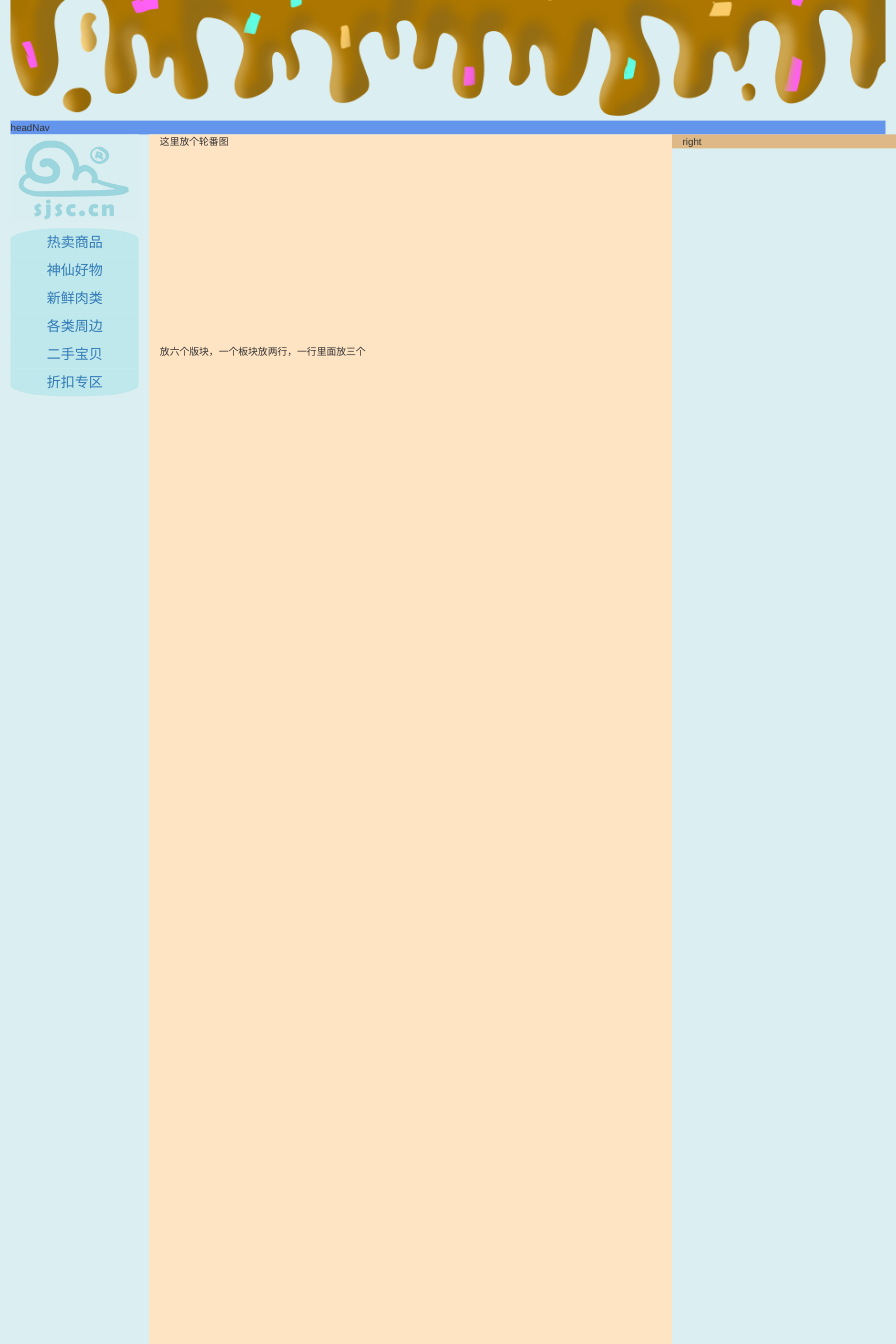
Repository: 15378517762/zxy
Page: html/index.html
An editor plug-in stored every save of this project. The page is shown before and after the next save, followed by the edit.
The browser window is 1280 px wide. The pictures show the part of the page from y = 0 to 1920 px (the page is 3292 px tall), at 70% of full size.

Above is the page before, as saved 2021-05-28 21:19:24.

After the next save:
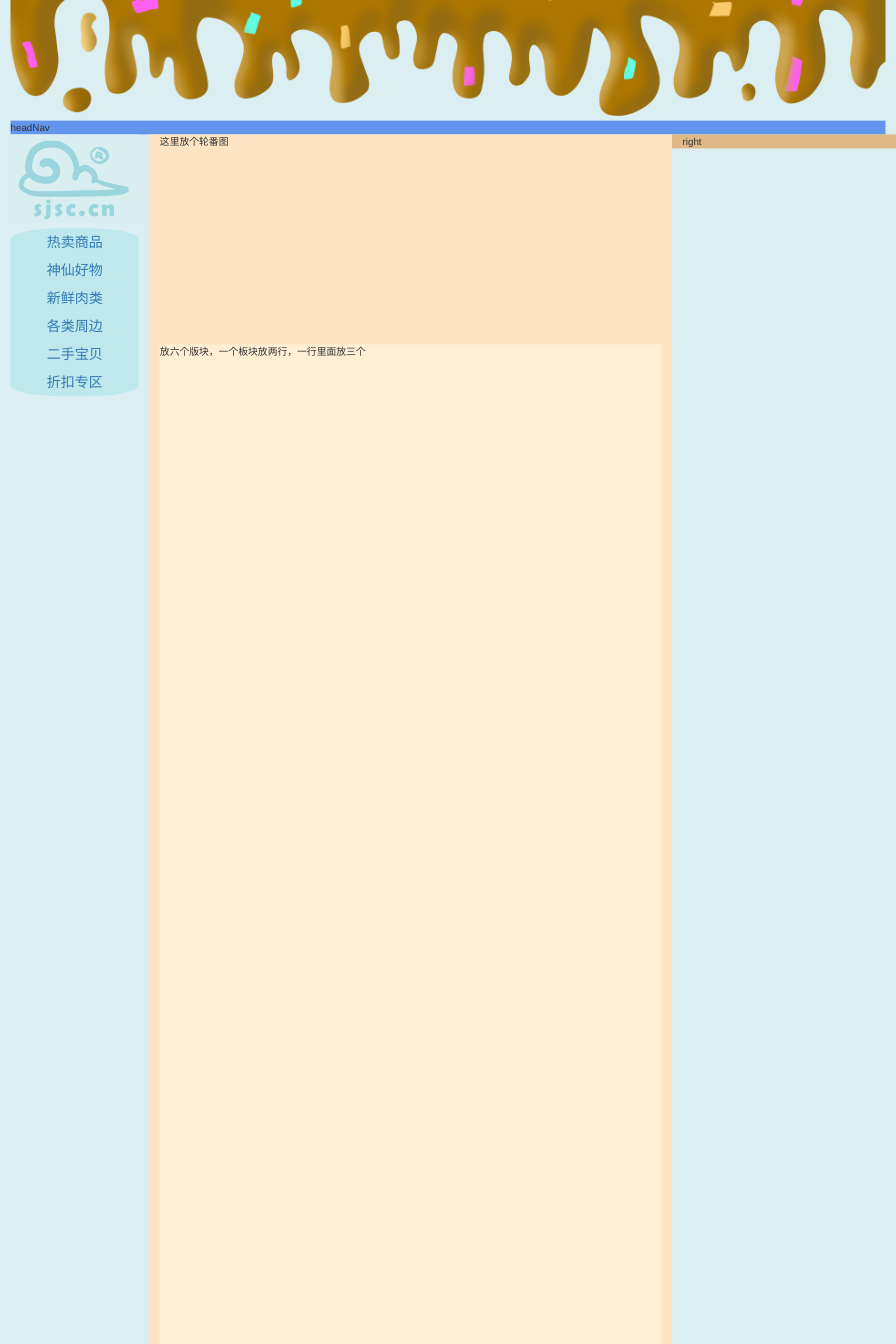
Saved 35 s later.
--- a/css/index.css
+++ b/css/index.css
@@ -84,6 +84,7 @@
 
 .commodity {
     height: 2800px;
+    background-color: papayawhip;
 }
 
 aside {
